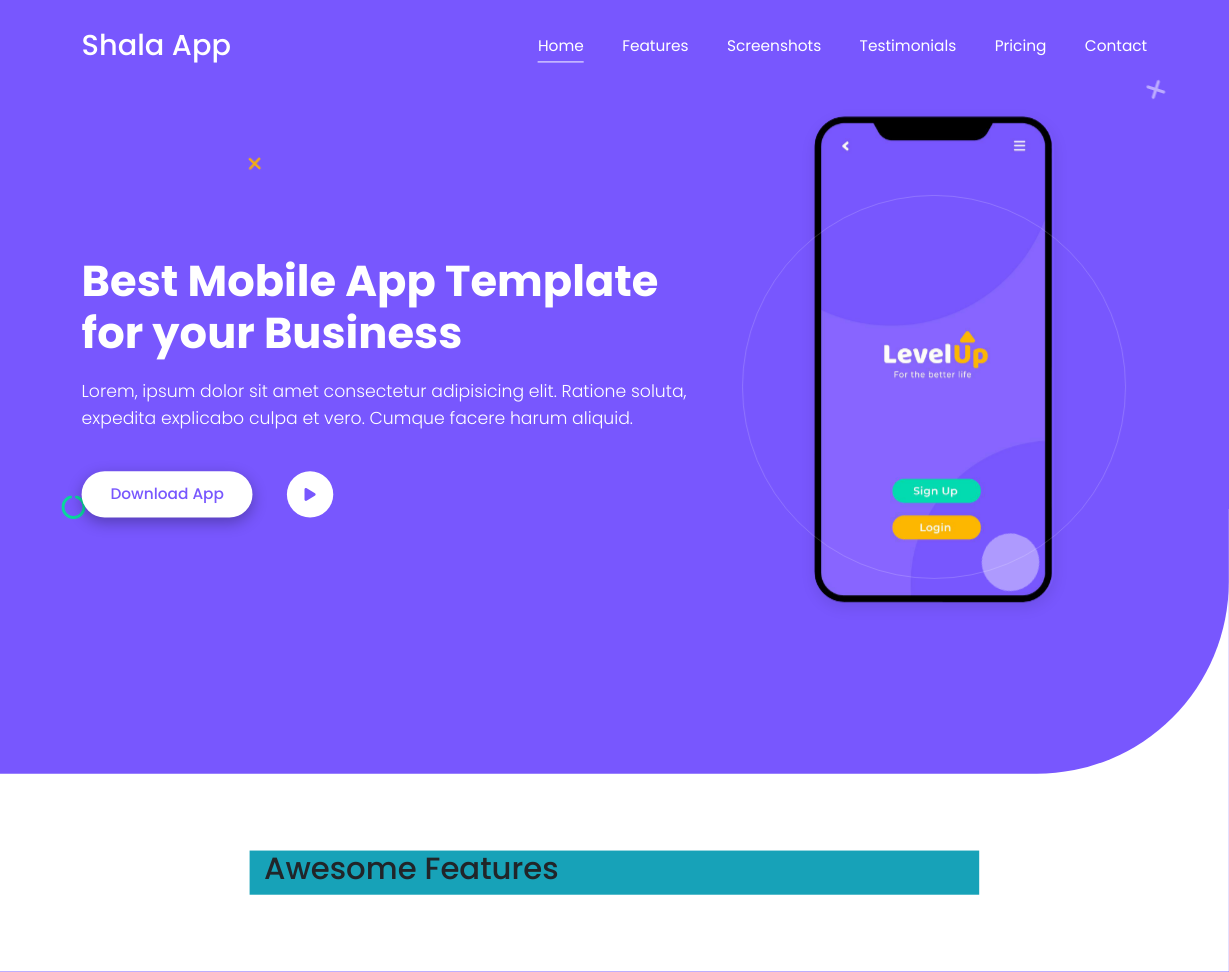
Repository: Mohamed-Hema/Shala-App
Page: index.html
These files come from the project's save history. The page is drawn as it stood at one moment and after the next save; the edit follows.
The browser window is 1280 px wide. The pictures show the whole page, at 96% of full size.
Some web libraries are served in a nearby version.

Above is the page before, as saved 2021-02-15 20:24:55.

After the next save:
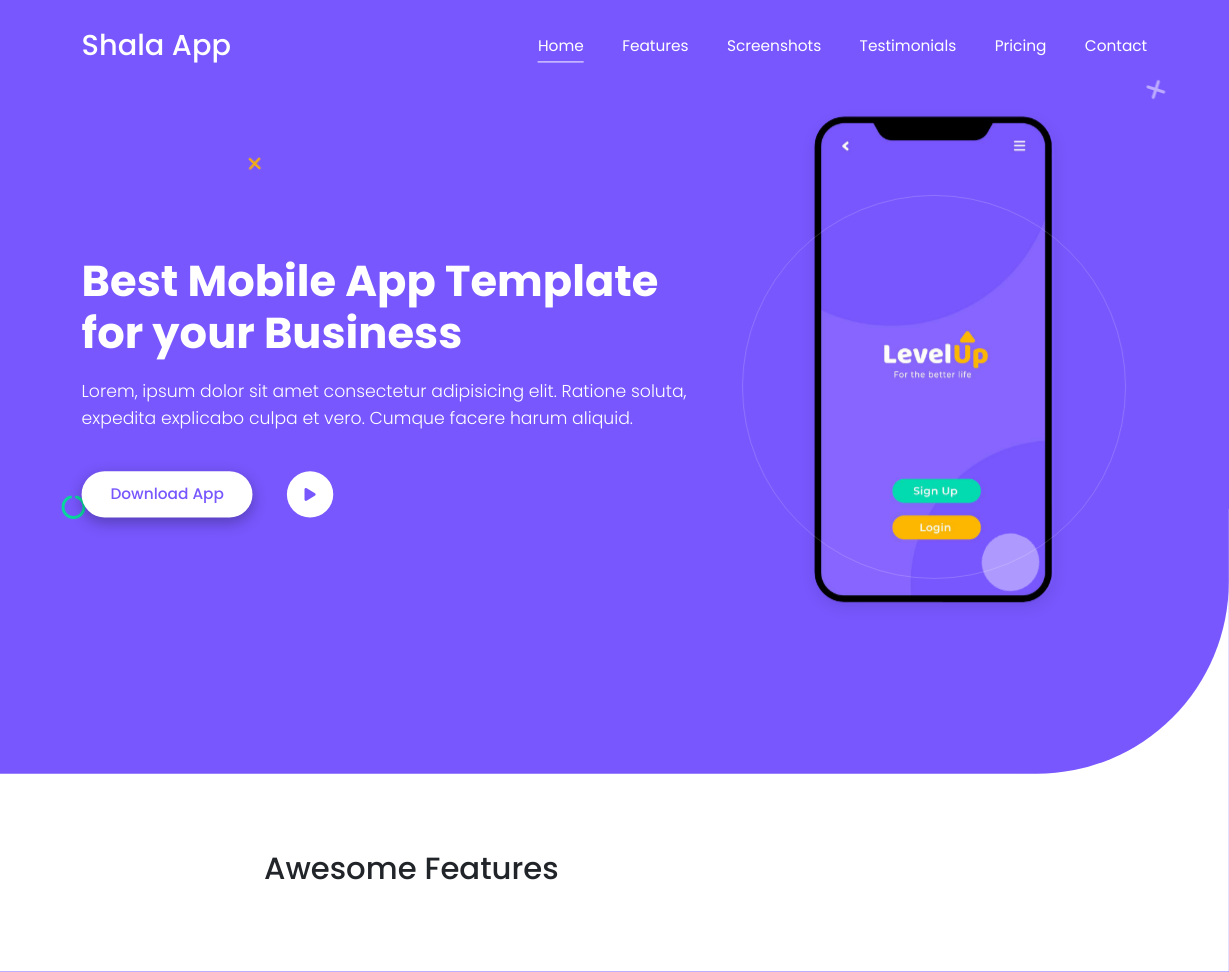
Saved 48 s later.
--- a/index.html
+++ b/index.html
@@ -98,7 +98,7 @@
   <section class="features section-padding">
     <div class="container">
       <div class="row justify-content-center">
-        <div class="col-lg-8 bg-info">
+        <div class="col-lg-8">
           <div class="section title">
             <h2>Awesome <span>Features</span></h2>
 
--- a/css/style.css
+++ b/css/style.css
@@ -115,6 +115,12 @@ ul{
 .section-padding{
     padding: 80px 0;
 }
+.section-title h2{
+    font-size: 40px;
+    color: var(--black-900);
+    font-weight: 700;
+
+}
 /* End Global Styles */
 /* Start Navbar */
 .navbar{
